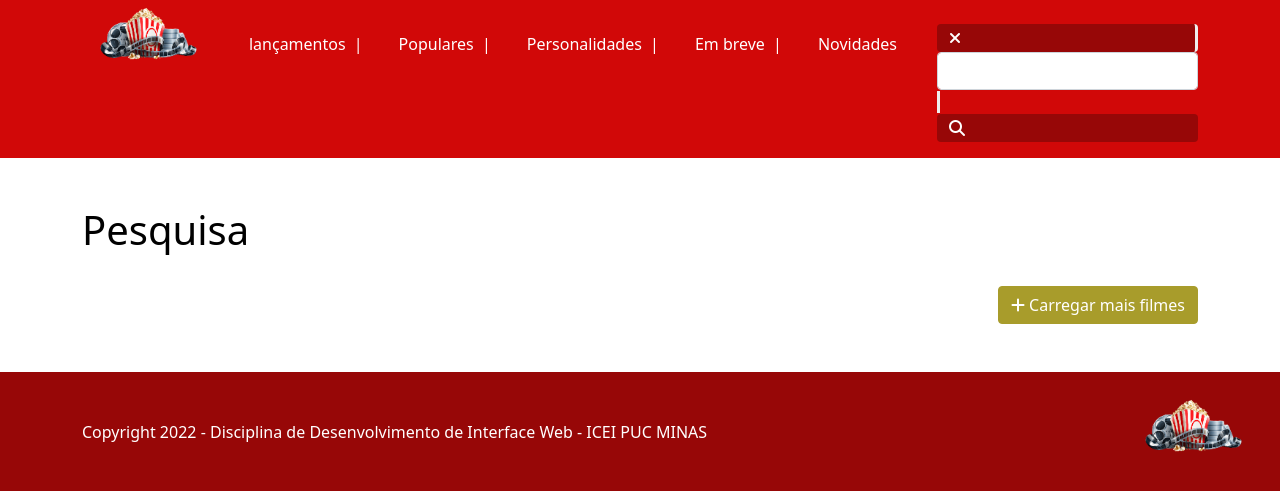
Repository: PedroH-Santos/portalFilmes-Html-JS
Page: Trabalho01-Web/pesquisa.html
The author's editor kept a copy of each file at every save. The page is drawn from the files as they stood at one save, then again after the next save.
The browser window is 1280 px wide. The pictures show the whole page.
The page's requests for data from a server got no answer. Some web libraries are served in a nearby version.

Above is the page before, as saved 2022-06-09 20:12:06.
Console error (its wording comes from the project's code and is left out).

### Trabalho01-Web/pesquisa.html
<!doctype html>
<html lang="pt-br">

<head>
    <!-- Required meta tags -->
    <meta charset="utf-8">
    <meta name="viewport" content="width=device-width, initial-scale=1">

    <!-- Bootstrap CSS -->
    <link href="https://cdn.jsdelivr.net/npm/bootstrap@5.1.3/dist/css/bootstrap.min.css" rel="stylesheet"
        integrity="sha384-1BmE4kWBq78iYhFldvKuhfTAU6auU8tT94WrHftjDbrCEXSU1oBoqyl2QvZ6jIW3" crossorigin="anonymous">

    <script src="https://kit.fontawesome.com/5342ce2135.js" crossorigin="anonymous"></script>
    <link rel="stylesheet" href="./styles/home.css" />
    <script src="https://ajax.googleapis.com/ajax/libs/jquery/3.6.0/jquery.min.js"></script>

    <title>Portal de Filmes</title>
</head>

<body>
    <header class="header">

        <div class="container">
            <div class="row">
                <span class="col-xl-1 col-sm-12 col-12 logoContainer">
                    <a href="index.html">
                        <img src="./images/logo.png" class="logo mt-1" />
                    </a>
                </span>

                <div class="menu col-xl-8  mt-4">
                    <ul class="nav justify-content-end ">
                        <li class="nav-item">
                            <a class="nav-link" aria-current="page" href="#lancamentos"> lançamentos <span class="m-1">
                                    | </span>
                            </a>
                        </li>
                        <li class="nav-item">
                            <a class="nav-link" href="#populares"> Populares <span class="m-1"> | </span> </a>
                        </li>
                        <li class="nav-item">
                            <a class="nav-link" href="#ultimasAvaliacoes"> Personalidades <span class="m-1"> |
                                </span></a>
                        </li>
                        <li class="nav-item">
                            <a class="nav-link " href="#entrevistaMaking"> Em breve <span class="m-1"> | </span></a>
                        </li>
                        <li class="nav-item">
                            <a class="nav-link" href="#novidades"> Novidades </a>
                        </li>
                    </ul>
                </div>
                <div class="pesquisa col-xl-3 mt-4">
                    <div class="mb-3">
                        <a href="#" class="input-group-text input-search emptyInputSearch"><i class="fas fa-times"></i></a>

                        <form action="pesquisa.html" method="get" class="formSearch">
                            <input type="text" class="form-control searchInput" name="search" aria-label="Amount (to the nearest dollar)">
                        </form>
                        <a href="#" class="searchButton">
                            <span class="input-group-text input-search"><i class="fas fa-search"></i></span>
                        </a>


                    </div>
                </div>
            </div>
        </div>

        <div class="menuMobile">
            <a href="#" class="toogle-menu" onclick="showMobile()"> <i class="fas fa-bars"></i> </a>
            <div class="containerLinks">
                <ul class="nav-mobile" id="menuMob">
                    <li class="nav-item d-block">
                        <a class="nav-link" aria-current="page" href="#lancamentos"> lançamentos </a>
                    </li>
                    <li class="nav-item">
                        <a class="nav-link" href="#populares"> Populares </a>
                    </li>
                    <li class="nav-item">
                        <a class="nav-link" href="#ultimasAvaliacoes"> Personalidades </a>
                    </li>
                    <li class="nav-item">
                        <a class="nav-link " href="#entrevistaMaking"> Em breve</a>
                    </li>
                    <li class="nav-item">
                        <a class="nav-link" href="#novidades"> Novidades </a>
                    </li>
                </ul>
            </div>
        </div>
    </header>

    <main>




        <section id="populares" class="blockType2">
            <div class="container ">
                <div class="row ">
                    <div class="col-xl-9  col-sm-12  col-12 mt-4">
                        <h1 class="mt-4 "> Pesquisa </h1>
                    </div>
                </div>
                <div class="searchData">

                </div>
                <div class="row">
                    <div class="col-xl-6 mt-4">

                    </div>
                    <div class="col-xl-6 mt-4 d-flex justify-content-end mb-5">
                        <button type="button" class="btn btn-primary btn-md addPageSearch" ><i class="fas fa-plus"></i>
                            Carregar mais
                            filmes</button>
                    </div>

                </div>
            </div>

        </section>







    </main>





    <footer class="mt-4 footer">


        <div class="container">
            <div class="row">

                <div class="col-xl-11 col-sm-12 col-12 mt-4">
                    <p> Copyright 2022 - Disciplina de Desenvolvimento de Interface Web - <span
                            class="font-weight-bold"> ICEI PUC MINAS </span></p>
                </div>

                <span class="col-xl-1 col-sm-12 col-12 logoContainer">
                    <img src="./images/logo.png" class="logo" />
                </span>
            </div>
        </div>

    </footer>


    <script src="https://cdn.jsdelivr.net/npm/bootstrap@5.1.3/dist/js/bootstrap.bundle.min.js"
        integrity="sha384-ka7Sk0Gln4gmtz2MlQnikT1wXgYsOg+OMhuP+IlRH9sENBO0LRn5q+8nbTov4+1p"
        crossorigin="anonymous"></script>

</body>

<script src="./scripts/pesquisa.js"> </script>

</html>

### Trabalho01-Web/styles/home.css
* {
    box-sizing: border-box;
    margin: 0;
}

body {
    background-color: rgb(151 7 7);
    ;
}

p {
    break-word: break;
}

.logo {
    width: 8em;
    height: 4rem;
}

.menu {
    display: inline-block;
    color: white;
}

.nav-link {
    color: white;
}

.nav-link:hover {
    color: rgb(216, 200, 53);
}



.header {
    background-color: rgba(255, 10, 10, 0.562)
}

.footer {
    color: white;
}

.cardDestaque {
    justify-content: end;
}

.cardDestaque > img{
    max-width: 262px;
    max-height: 388px;
}


.title-info.next {
    color: rgb(216, 200, 53);
}
.text-info-sub{
 font-size: 1.2rem;
}


.title-info {
    display: inline-block;
}

.subdiv-info {
    display: inline-block;
}

.div-title-section {
    display: flex;
    align-items: center;
    justify-content: center;
}

.blockType1 {
    background-color: rgba(151, 7, 7, 0.562);
    color: white;
}

.blockType2 {
    background-color: white;
    color: black;
}

.userCircle {
    width: 60px;
    height: 60px;
    background-color: rgba(151, 7, 7, 0.562);
    border-radius: 30px;
    text-align: center;
    font-size: 30px;
}

.dataAvaliacao {
    font-weight: bold;
}

.avaliacoes input[type=radio] {
    display: none;
}

.avaliacoes label i.fas:before {
    color: rgb(216, 200, 53);
}

.avaliacoes input[type=radio]:checked~label i.fas:before {
    color: #cccccc;
}

.img-novidades {
    max-width: 190px;
    max-height: 267px;
    width: 100%;
}

.btn-primary {
    background-color: rgb(168, 156, 43);
    border-color: rgb(168, 156, 43);
}

.btn-primary:hover {
    background-color: rgb(151, 139, 32);
    border-color: rgb(151, 139, 32);
}

.novidade-block {
    border-bottom: 1px solid white;
}

.editorial-info i {
    font-size: 20px;
}

.redes-sociais-info {
    font-size: 40px;
    color: rgb(168, 156, 43);

}

.redes-sociais-info:hover {
    color: rgb(151, 139, 32);

}

.iframeLancamentos {
    width: 100%;
    height: 400px;
}

.menuMobile {
    overflow: hidden;
    display: none;
}

.nav-mobile {
    list-style: none;
    opacity: 0;
    position: relative;
    width: 200px;
    z-index: 99999;
    transition: opacity 0.4s linear;

}
.containerLinks{
    position: absolute;
    height: 20px;
}
.nav-mobile > .nav-item {
    background-color: rgb(168, 156, 43);
    text-decoration: none;
    width: 100%;
    z-index: 99999;

}


.toogle-menu {
    color: white;
    margin-left: 2rem;
    text-decoration: none;
    display: block;

}

.toogle-menu:hover {
    color: rgb(168, 156, 43);
}
.input-group{
    border: 3px solid rgb(216, 200, 53);
    border-radius: 0.5rem;
}
.input-group input, .input-search{
    border-color: rgb(216, 200, 53);
    border: 0;
    background-color: rgb(151 7 7);
    color: white;
}

.form-control:focus  {
    background-color: rgb(192 0 0);
}

.input-search {
    background-color: rgb(151 7 7);
    border: 0;
}


.imageFilm{
    max-width: 100%;
    height: auto;
}





@media screen and (max-width: 768px) {
    .pesquisa {
        display: none;
    }

    .cardDestaque {
        justify-content: center;
    }

    .cardMaking {
        text-align: center;
    }

    .iframeLancamentos {
        width: 100%;
        height: 400px;
    }

    .iframeEntrevista {
        width: 80%;
    }
}


@media screen and (max-width: 1200px) {
    .logoContainer {
        text-align: center;
        margin-top: 20px;
    }

    .menu {
        display: none;
    }

    .menuMobile {
        display: block;
    }

    .containerImageNovidades{
        text-align: center;
        margin-bottom: 20px;
    }
    .userCircle {
        margin-right: 10px;
    }
}



.searchButton{
    background-color: rgb(151 7 7);
    border: 0;
    border-left: 3px solid #eee;
    text-decoration: none;
}
.input-search{
    text-decoration: none;

}
.searchInput:focus {
    color: #fff;
}
.emptyInputSearch{
    border-right: 3px solid #eee;

}
.formSearch{
    width: 100%;
}

### Trabalho01-Web/scripts/pesquisa.js
const TOKEN_LEITURA = "eyJhbGciOiJIUzI1NiJ9.eyJhdWQiOiI5ODA0ODE1ZDMxNDZjYWVlZTk3ZTg2MmM0MDJiMzMxZSIsInN1YiI6IjYyOWU4Mjc5ZDIxNDdjMTE3Y2FmYTcyMyIsInNjb3BlcyI6WyJhcGlfcmVhZCJdLCJ2ZXJzaW9uIjoxfQ.lcDoFcQZPkXEpju3YQv6ZDBcaRqk-C9sPSVMZtAOYSk"
const CHAVE_API = "9804815d3146caeee97e862c402b331e";
const BASE_URL = "https://api.themoviedb.org/3/";
const BASE_URL_FILMS = "https://image.tmdb.org/t/p/w300";
const YOUTUBE_VIDEOS = "https://www.youtube.com/embed/";



let search = window.location.search;
let filmName = search.replace("?search=", "");


var xhttp = new XMLHttpRequest();
var dataSearchFilms = [];
let pageSearchFilms = 1;
loadSearchFilms();
$(".addPageSearch").click(() => {
    pageSearchFilms++;
    loadSearchFilms(pageSearchFilms);
    getDefaultSearchFilms();

 });
function loadSearchFilms(page) {
    xhttp.open("GET", `${BASE_URL}search/movie?api_key=${CHAVE_API}&language=pt-BR&page=${page}&append_to_response=videos&query=${filmName}`, false);
    xhttp.send();
    let responseSearchFims = JSON.parse(xhttp.responseText);
    dataSearchFilms = responseSearchFims.results;
}


getDefaultSearchFilms(dataSearchFilms, pageSearchFilms);

function getDefaultSearchFilms() {

    searchFilmData = $(".searchData").html();

    searchFilmData += '<div class="row">';

    for (let i = 0; i < dataSearchFilms.length; i++) {
        let data = dataSearchFilms[i];
        xhttp.open("GET", `${BASE_URL}movie/${data.id}?api_key=${CHAVE_API}&language=pt-BR&page=1&append_to_response=videos`, false);
        xhttp.send();
        let dataPlus = JSON.parse(xhttp.responseText);
        searchFilmData += `

      <div class="col-xl-3 col-sm-12 col-md-6 col-lg-4 col-12 mt-4 cardDestaque ">

      <div class="d-block">
            <img src="${BASE_URL_FILMS}/${data.poster_path}?api_key=${CHAVE_API}" class="imageFilm"/>
         </div>
         <div class="d-block">
            <p class="mt-3 "> <strong> Título: </strong>  ${data.title}  </p>
            <p class="mt-3 "> <strong> Avaliação: </strong> ${data.vote_average} </p>
            <p class="mt-3 "> <strong> Data de Lançamento: </strong>${data.release_date}</p>
            <p class="mt-3 "> <strong>  Resumo : </strong> ${data.overview}</p>
         </div>
         <div class="d-block mt-2">
            <a href="detalhes.html?id=${data.id}" class="btn btn-primary">Detalhes</a>
         </div>
      </div>
      `
    }
    searchFilmData += '</div>';

    $(".searchData").html(searchFilmData);

}
let htmlDetail = '';

After the next save:
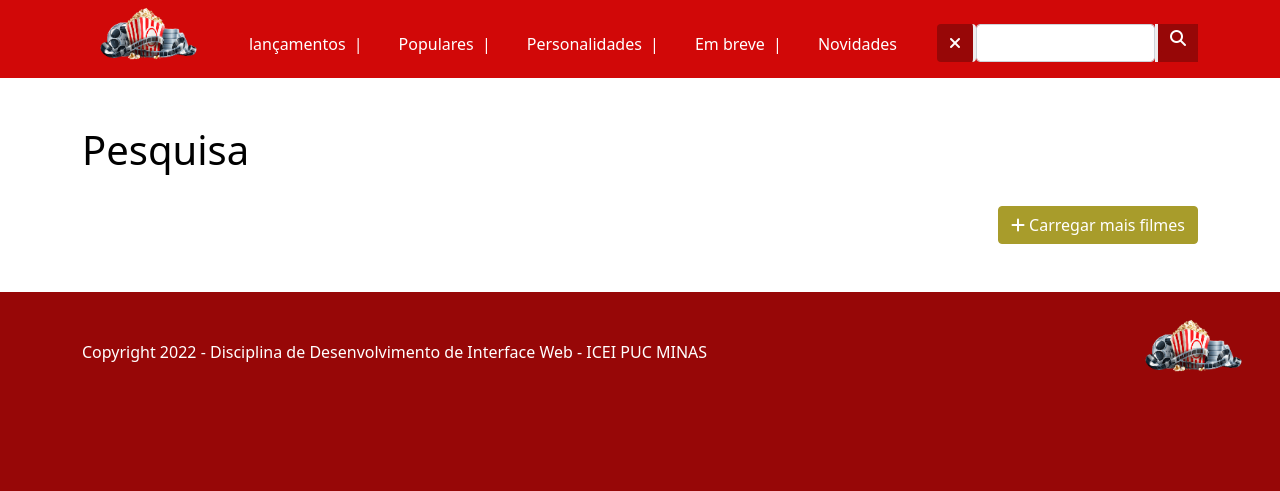
Saved 6 s later.
--- a/Trabalho01-Web/pesquisa.html
+++ b/Trabalho01-Web/pesquisa.html
@@ -51,7 +51,7 @@
                     </ul>
                 </div>
                 <div class="pesquisa col-xl-3 mt-4">
-                    <div class="mb-3">
+                    <div class="d-flex mb-3">
                         <a href="#" class="input-group-text input-search emptyInputSearch"><i class="fas fa-times"></i></a>
 
                         <form action="pesquisa.html" method="get" class="formSearch">
